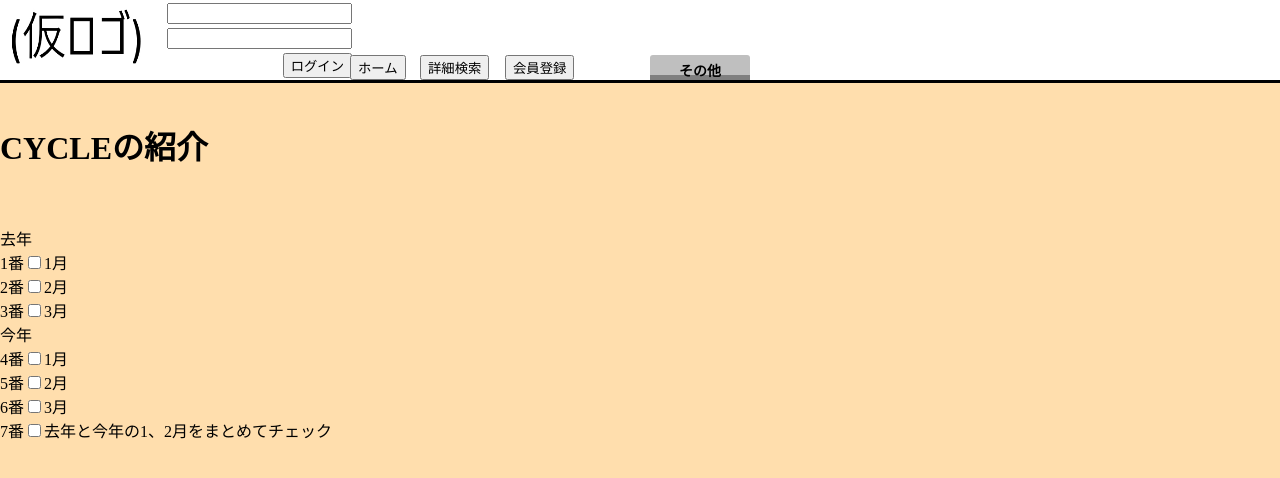
Repository: k0816/backup-master
Page: http://localhost/cycle/ToNewUserAction
The author's editor kept a copy of each file at every save. The page is drawn from the files as they stood at one save, then again after the next save.
The browser window is 1280 px wide. The pictures show the whole page.
The page is served by Tomcat 9.

Above is the page before, as saved 2018-01-24 14:42:37.

After the next save:
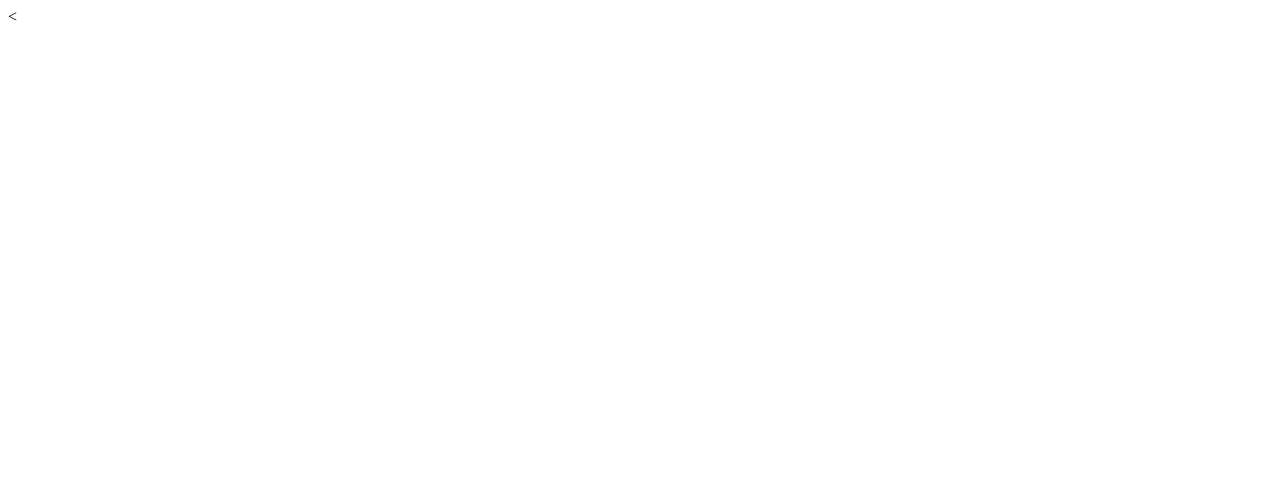
Saved 2 min 13 s later.
--- a/cycle/WebContent/toNewUser.jsp
+++ b/cycle/WebContent/toNewUser.jsp
@@ -15,8 +15,16 @@
 <style type="text/css">
 
 </style>
-<script type="text/javascript">
-</script>
+<<script type="text/javascript">
+function checkFunc(obj){
+f=obj.form
+for(var i=0;i<f.length;i++){
+if((f[i].name=="kyonen[]" || f[i].name=="kotosi[]")&& (f[i].value=="1" ||f[i].value=="2")) f[i].checked=obj.checked
+}
+}
+
+
+
 </head>
 
 <body>
@@ -27,24 +35,16 @@
 	<br>
 	<br>
 	<form action="" method="post" name="myform">
-去年<br>
-1番<input type="checkbox" name="kyonen[]" value="1">1月<br>
-2番<input type="checkbox" name="kyonen[]" value="2">2月<br>
-3番<input type="checkbox" name="kyonen[]" value="3">3月<br>
-今年<br>
-4番<input type="checkbox" name="kotosi[]" value="1">1月<br>
-5番<input type="checkbox" name="kotosi[]" value="2">2月<br>
-6番<input type="checkbox" name="kotosi[]" value="3">3月<br>
-7番<input type="checkbox" name="mychk">去年と今年の1、2月をまとめてチェック<br>
-</form>
-
-
-
-
-
-
-
-
+	去年<br>
+	1番<input type="checkbox" name="kyonen[]" value="1">1月<br>
+	2番<input type="checkbox" name="kyonen[]" value="2">2月<br>
+	3番<input type="checkbox" name="kyonen[]" value="3">3月<br>
+	今年<br>
+	4番<input type="checkbox" name="kotosi[]" value="1">1月<br>
+	5番<input type="checkbox" name="kotosi[]" value="2">2月<br>
+	6番<input type="checkbox" name="kotosi[]" value="3">3月<br>
+	7番<input type="checkbox" name="mychk" onClick="checkFunc(this)">去年と今年の1、2月をまとめてチェック<br>
+	</form>
 
 </body>
 </html>

After the save that followed:
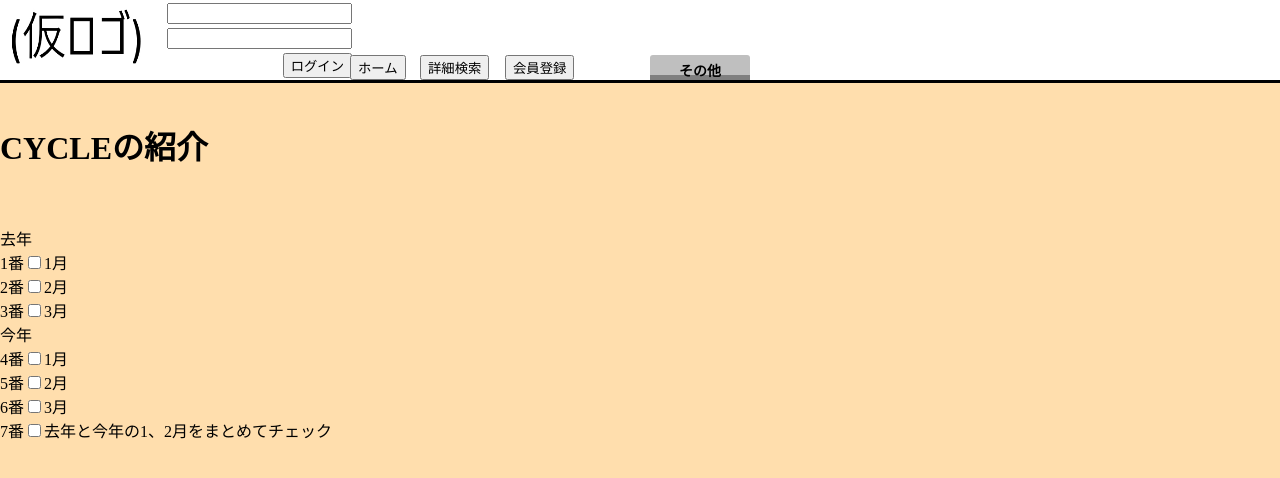
Saved 48 s later.
--- a/cycle/WebContent/toNewUser.jsp
+++ b/cycle/WebContent/toNewUser.jsp
@@ -15,14 +15,14 @@
 <style type="text/css">
 
 </style>
-<<script type="text/javascript">
+<script type="text/javascript">
 function checkFunc(obj){
 f=obj.form
 for(var i=0;i<f.length;i++){
 if((f[i].name=="kyonen[]" || f[i].name=="kotosi[]")&& (f[i].value=="1" ||f[i].value=="2")) f[i].checked=obj.checked
 }
 }
-
+</script>
 
 
 </head>
